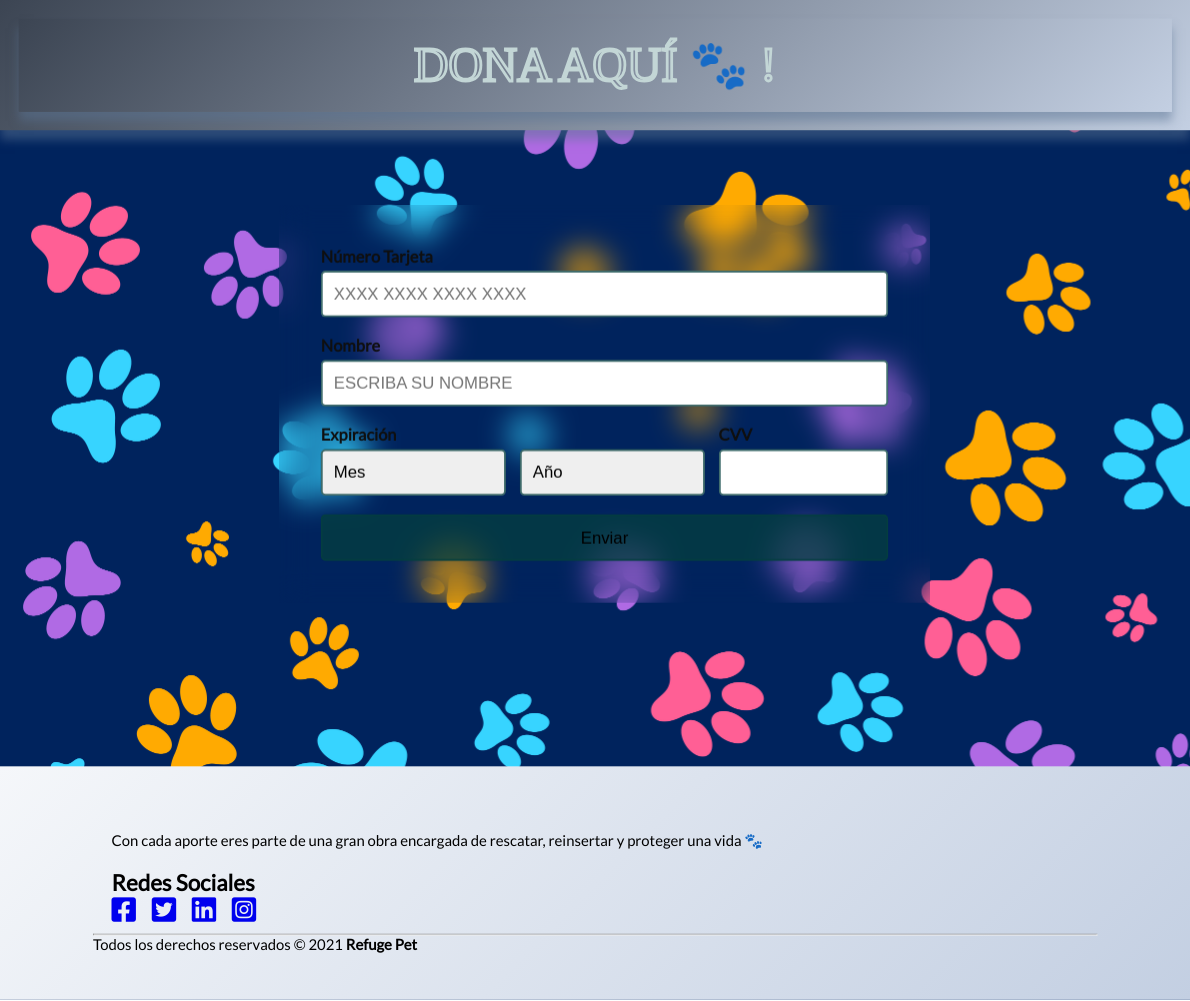
Repository: andreasvidal/SCL019-card-validation
Page: src/views/cardvalidation.html
These files come from the project's save history. The page is drawn as it stood at one moment and after the next save; the edit follows.
The browser window is 1280 px wide. The pictures show the whole page, at 93% of full size.
Some web fonts or font styles are not loaded; a fallback is used. Some web libraries are served in a nearby version.

Above is the page before, as saved 2022-04-13 09:59:29.

After the next save:
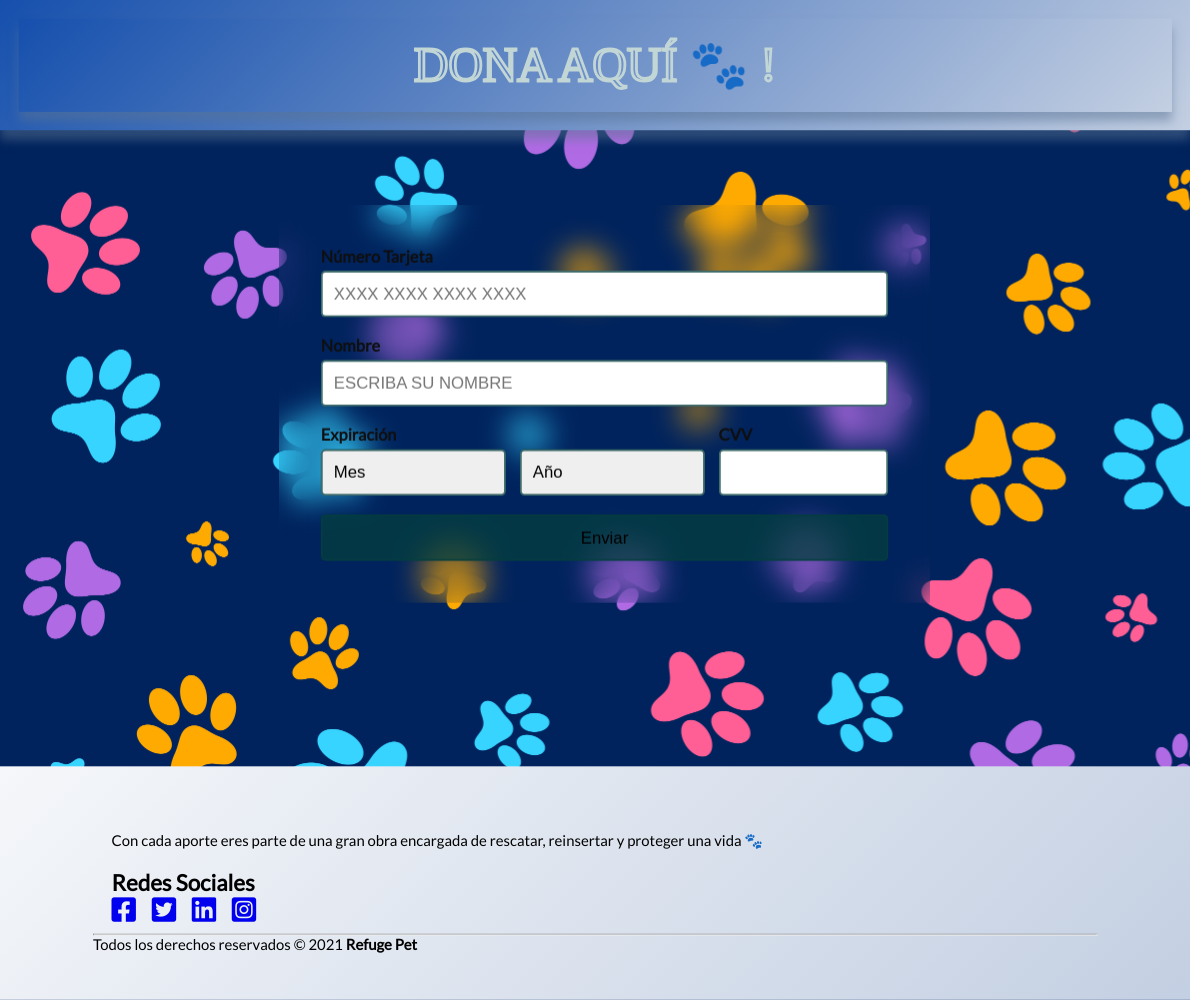
Saved 25 s later.
--- a/src/css/style.css
+++ b/src/css/style.css
@@ -31,7 +31,7 @@
          font-size: 4vw;
          -webkit-text-fill-color: transparent;
          -webkit-text-stroke: 3px rgb(195, 214, 214);
-         background-image: linear-gradient(135deg, #3c4553 0%, #c3cfe2 100%);
+         background-image: linear-gradient(135deg, #1650ad 0%, #c3cfe2 100%);
          box-shadow: 0 10px 10px 0 rgba(90, 116, 148, 0.5);
      }
 
